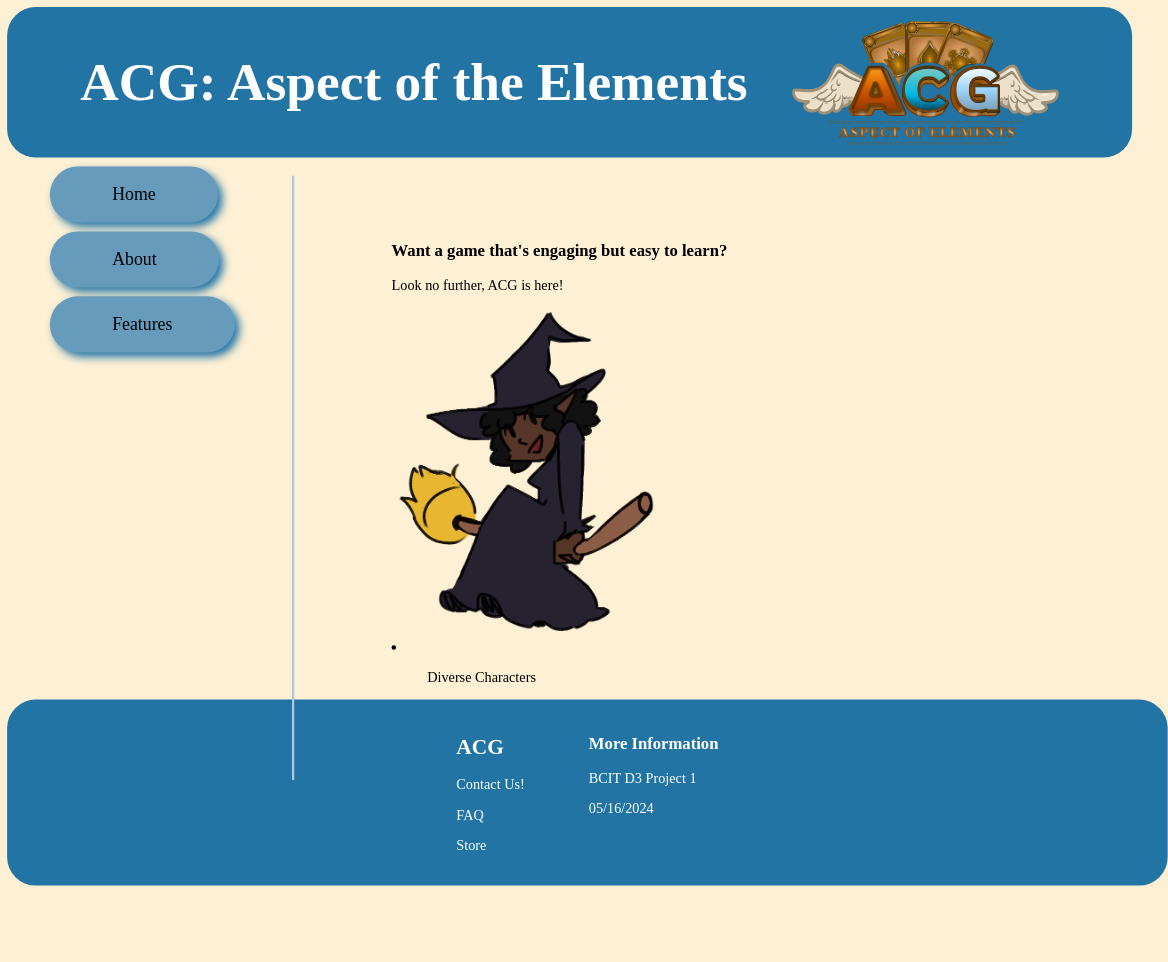
Repository: Delukalgh/ACG
Page: Features.html
The author's editor kept a copy of each file at every save. The page is drawn from the files as they stood at one save, then again after the next save.
The browser window is 1280 px wide. The page is 1312 px wide, so the pictures cover 1312 px, including what lies to the right of the window. The pictures show the whole page, at 89% of full size.

Above is the page before, as saved 2024-05-15 15:35:59.

### Features.html
<!DOCTYPE html>
<html lang="en">

<head>
  <meta charset="UTF-8">
  <meta name="viewport" content="width=device-width, initial-scale=1.0">
  <meta http-equiv="X-UA-Compatible" content="ie=edge">
  <title>ACG Home Page</title>
  <link rel="stylesheet" href="features-style.css">
</head>

<body>
  <script src="index.js"></script>
  <div class="main-container">
    <div class="header-container">
      <h1 class="acg-header">ACG: Aspect of the Elements</h1>
      <img class="acg-logo" src="images/ACG-Logo.svg" alt="acg logo" style="width: 300px;" />
    </div>
    <div class="vertical-line"></div>

    <!--Side Menu-->
    <div class="buttons-container">
      <div class="button">
        <a class="link" href="index.html">
          <button class="about-page">Home</button>
        </a>
      </div>
    <div class="button">
      <a class="link" href="about.html">
        <button class="about-page">About</button>
      </a>
    </div>
    <div class="button">
      <a class="link" href="features.html">
        <button class="about-page">Features</button>
      </a>
    </div>
    </div>

    <!--Content-->
    <div class="features-container">
      <div class="content">
      <h3>Want a game that's engaging but easy to learn?</h3>
      <p>Look no further, ACG is here!</p>
        <img src="images/IllustrationWitchGirl.png" width="300px"/>


        <li>
          <ul>Diverse Characters</ul>
        </li>
      </div>
    </div>

    <!--Footer-->
    <div class="footer-container">
      <div class="footer-group-1">
        <h2>ACG</h2>
        <p>Contact Us!</p>
        <p>FAQ</p>
        <p>Store</p>
      </div>

      <div class="footer-group-2">
        <h3>More Information</h3>
        <p>BCIT D3 Project 1</p>
        <p>05/16/2024</p>
      </div>
    </div>
  </div>
</body>

</html>

### features-style.css
body {
  background-color: #FDF0D5;
}

.main-container {
  position: relative;
  min-height: 100vh;
}
.header-container {
  display: flex;
  background-color: #2274A5;
  padding: 10px;
  justify-content: center;
  border-radius: 32px;
}

.acg-header {
  color: white;
  font-family: cursive;
  font-size: 60px;
}

.acg-logo {
  display: flex;
  margin-left: 50px;
}

.vertical-line {
  border-left: 3px solid #B3C5D7;
  height: 42.5em;
  position:absolute;
  margin-left: 20em;
  border-radius: 32px;
  margin-top: 20px;
}
.buttons-container {
  width: fit-content;
}
.button {
  display: flex;
  justify-content: center;
  margin-top: 10px;
  justify-content: left;
  margin-left: 3em;
}

.about-page {
  display: flex;
  background-color: #669BBC;
  padding: 20px 70px;
  border-radius: 32px;
  border: none;
  font-size: 20px;
  font-family: cursive;
  box-shadow: 5px 5px 10px #2274A5;
  cursor: pointer;
}

.link {
  text-decoration: none;
}

.footer-container {
  display: flex;
  background-color: #2274A5;
  padding: 20px;
  justify-content: center;
  border-radius: 32px;

  width: 100%;
  color: white;
  font-family: cursive;
}

.footer-group-1 {
margin-right: 10vh;
height: 100%;
}

.features-container {
  margin-left: 60vh;
  position:relative;
  margin-top: -20vh;

}

Loaded but not shown: index.js (no stored copy; drawn as an empty file)

After the next save:
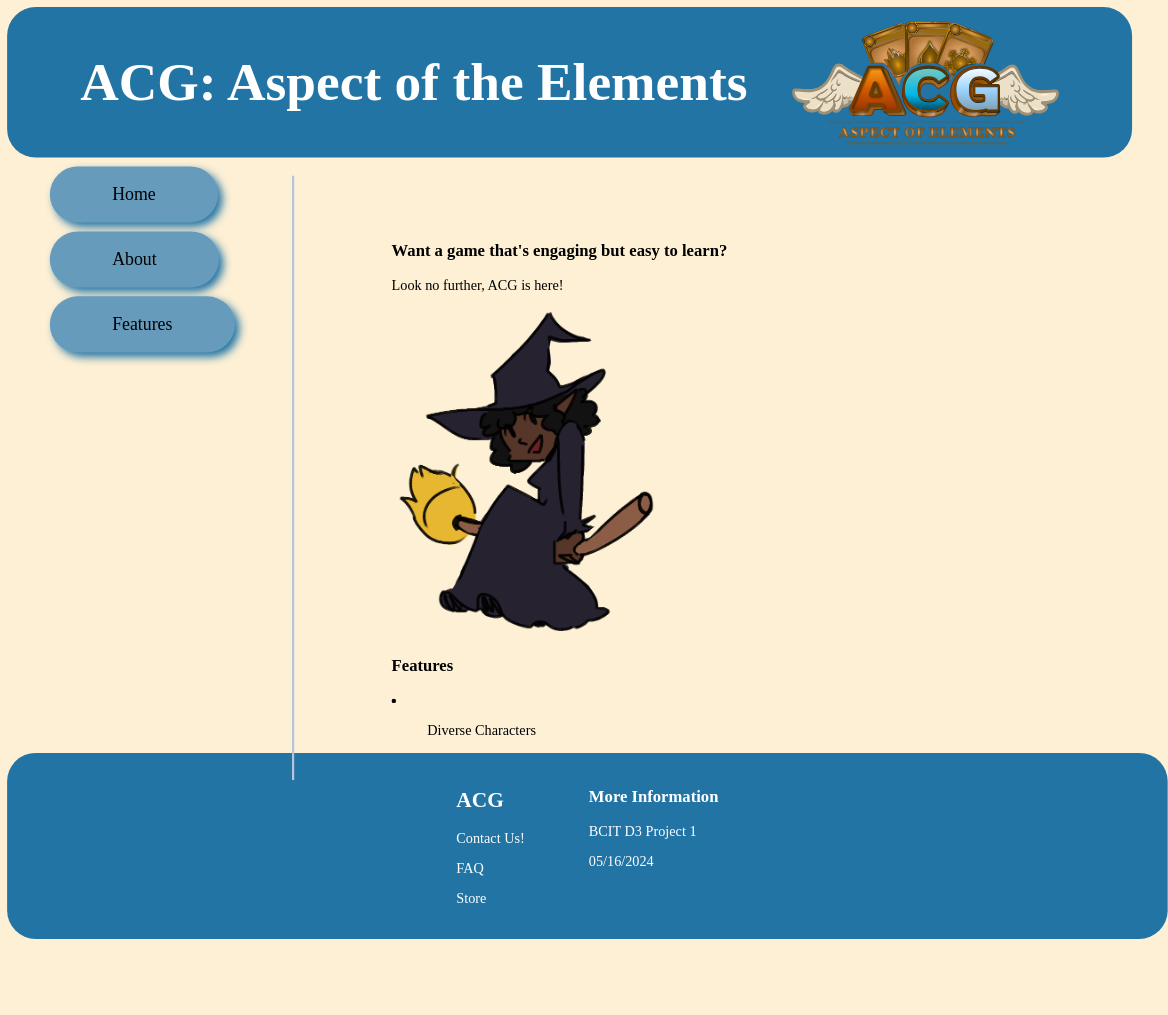
Saved 4 s later.
--- a/Features.html
+++ b/Features.html
@@ -45,6 +45,7 @@
         <img src="images/IllustrationWitchGirl.png" width="300px"/>
 
 
+        <h3>Features</h3>
         <li>
           <ul>Diverse Characters</ul>
         </li>
